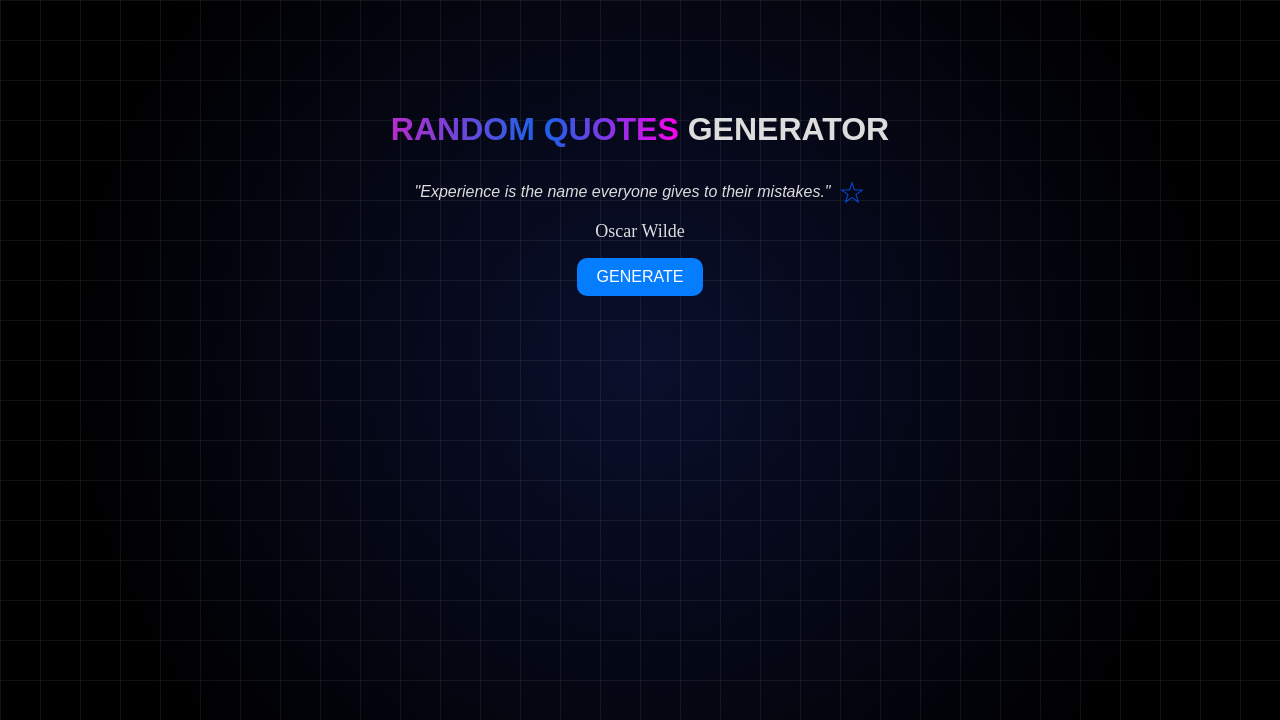
Repository: Adel-la/random-quotes
Page: index.html
An editor plug-in stored every save of this project. The page is shown before and after a run of saves, followed by the edit.
The browser window is 1280 px wide. The pictures show the whole page.

Above is the page before, as saved 2025-06-25 22:38:48.

### index.html
<!DOCTYPE html>
<html lang="ru">
<head>
  <meta charset="UTF-8" />
  <title>Random Quotes</title>
  <link rel="stylesheet" href="styles.css" />
</head>
<body>
  <main class="main">
    <h1 class="h1-title"> <span class="special-text">RANDOM QUOTES</span> GENERATOR</h1>
    <div class="quote-container">
      <p id="quote" class="quote"></p>
      <button id="favorite" class="favorite">☆</button>
    </div>
    <p id="author" class="quote-author"></p>
    <button id="generate" class="btn">GENERATE</button>

    <div id="favorites-container" class="container"></div>
  </mainс>
  <script type="module" src="main.js"></script>
</body>
</html>

### styles.css
html{
  height: 100%;
}
body {
  font-family: Arial, sans-serif;
  color: aliceblue;
  box-sizing: border-box;
  margin: 0;
  padding: 20px;
}

.container{
  max-width: 600px;
  margin: 50px auto;
  text-align: center;
}

.btn{
  padding: 10px 20px;
  font-size: 16px;
  background-color: #047dff;
  color: #fff;
  border: none;
  cursor: pointer;
  border-radius: 10px;
  margin-top: 10px;
  transition: background-color 0.3s ease;
}

.btn:hover{
  background-color: #004691;
  transform: scale(1.1);
  transition: 0.2s;
}

.paragraph{
  background-color: #111111;
  border-radius: 5px;
  width: fit-content;
  padding: 5px;
  text-align: center;
  margin: 2px auto;
}

#quote::before,
#quote::after{
  content: '"';
}

.quote-container {
  display: inline-flex;
  align-items: center;
  justify-content: center;
  margin: 0 auto;
  border-radius: 5px;
  padding: 5px 10px;
}

/* Убираем фон из quote, чтобы весь блок (цитата + звезда) имел один фон */
.quote {
  margin: 0;
  padding: 0;
  font-style: italic;
  display: inline;
}

/* Звездочка вплотную к цитате */
.favorite {
  color: rgb(0, 89, 255);
  background-color: transparent;
  font-size: 30px;
  border: none;
  margin-left: 8px;
  cursor: pointer;
  padding: 0;
}

.favorite-card {
  border: 1px solid #333;
  border-left: 5px solid #047dff;
  padding: 12px 16px;
  margin: 12px auto;
  border-radius: 12px;
  box-shadow: 0 2px 10px rgba(4, 125, 255, 0.1);
  max-width: 550px;
  transition: transform 0.2s ease, box-shadow 0.2s ease;
  position: relative;
  width: 40%;
  text-align: start;
}

.favorite-card:hover {
  transform: scale(1.02);
  box-shadow: 0 4px 15px rgba(4, 125, 255, 0.25);
}

.favorite-card .favorite-quote {
  font-style: italic;
  font-size: 16px;
  color: #ffffff;
  margin-bottom: 8px;
}

.favorite-card .quote-author {
  font-size: 14px;
  color: #bbbbbb;
  text-align: right;
}

.delete-btn {
  position: absolute;
  top: 0;
  right: 0;
  border: none;
  border-radius: 5px;
  color: white;
  background-color: transparent;
  cursor: pointer;
}

.delete-btn:hover {
  font-size: 15px;
  transition: 0.5s;
}

.favorite-container {
  display: flex;
  flex-wrap: wrap;
  justify-content: center;
  gap: 10px;
}
.quote-author{
  margin: 1px auto;
  width: fit-content;
  font-size: large;
  padding: 5px 15px;
  border-radius: 5px;
  font-family:'Times New Roman', Times, serif;
}

.main{
  text-align: center;
  position: relative;

  border-radius: 12px;
  padding: 20px;
  margin: 50px auto;
  max-width: 600px;
  z-index: 1;
}

body {
  background: radial-gradient(circle at center, #0a0f2c 0%, #000000 80%);
  position: relative;
  overflow: hidden;
  color: #ddd;
}

/* Тонкая светлая сетка */
body::before {
  content: "";
  position: fixed;
  top: 0; left: 0; right: 0; bottom: 0;
  background-image:
    linear-gradient(rgba(255,255,255,0.07) 1px, transparent 1px),
    linear-gradient(90deg, rgba(255,255,255,0.07) 1px, transparent 1px);
  background-size: 40px 40px;
  pointer-events: none;
  z-index: 0;
}


.special-text{
   font-weight: bold;
  font-size: 32px;
  background: linear-gradient(90deg, rgba(183, 43, 204, 1) 0%, rgba(23, 100, 232, 1) 53%, rgb(252, 2, 235) 100%);
  -webkit-background-clip: text;
  -webkit-text-fill-color: transparent;
}

### main.js
import quotes from './src/data/quotes.js';
import { generateAndDisplayQuote } from './src/handlers/quote.js';
import {
  generateBtn,
} from './src/ui/dom.js';




// Показать первую цитату сразу при загрузке страницы
generateAndDisplayQuote(quotes);

// Кнопка "Сгенерировать цитату"
generateBtn.addEventListener('click', () => {
  generateAndDisplayQuote(quotes);
});

### src/data/quotes.js
// Quotes array with English programming quotes and initial favorite = false
import { setQuoteId } from "../handlers/utils.js";
const quotes = [
  {
    text: "Code is like humor. When you have to explain it, it’s bad.",
    author: "Cory House",
    isFavorite: false,
  },
  {
    text: "First, solve the problem. Then, write the code.",
    author: "John Johnson",
    isFavorite: false,
  },
  {
    text: "Experience is the name everyone gives to their mistakes.",
    author: "Oscar Wilde",
    isFavorite: false,
  },
  {
    text: "In order to be irreplaceable, one must always be different.",
    author: "Coco Chanel",
    isFavorite: false,
  },
  {
    text: "Java is to JavaScript what car is to Carpet.",
    author: "Chris Heilmann",
    isFavorite: false,
  },
  {
    text: "Simplicity is the soul of efficiency.",
    author: "Austin Freeman",
    isFavorite: false,
  },
  {
    text: "Code never lies, comments sometimes do.",
    author: "Ron Jeffries",
    isFavorite: false,
  },
  {
    text: "Programming isn’t about what you know; it’s about what you can figure out.",
    author: "Chris Pine",
    isFavorite: false,
  },
  {
    text: "Make it work, make it right, make it fast.",
    author: "Kent Beck",
    isFavorite: false,
  },
  {
    text: "Any fool can write code that a computer can understand. Good programmers write code that humans can understand.",
    author: "Martin Fowler",
    isFavorite: false,
  }
];

setQuoteId(quotes)
export default quotes;

### src/handlers/quote.js
import { chooseRandomQuote } from './utils.js';
import { setRandomQuote } from '../core/state.js';
import { showQuote } from '../ui/index.js';
import { quoteElement, authorElement, favoriteBtn } from '../ui/dom.js';

// Функция генерации и отображения случайной цитаты
export function generateAndDisplayQuote(quotes) {
  const quote = chooseRandomQuote(quotes);
  setRandomQuote(quote);
  showQuote(quote, quoteElement, authorElement, favoriteBtn);
}

### src/ui/dom.js
export const quoteElement = document.getElementById('quote');
export const authorElement = document.getElementById('author');
export const generateBtn = document.getElementById('generate');
export const favoriteBtn = document.getElementById('favorite');
export const favoritesContainer = document.getElementById('favorites-container');

### src/handlers/utils.js
// Генерация уникального 8-символьного hex ID (буквы и цифры)
 function generateHexId() {
  return Math.floor(Math.random() * 0xffffffff)
    .toString(16)
    .padStart(8, '0');
}

export function setQuoteId(quotes) {
  quotes.forEach(quote => {
    if (!quote.id) {
      quote.id = generateHexId();
    }
  });
}

// Функция выбора случайной цитаты из массива
export function chooseRandomQuote(quotes) {
  const index = Math.floor(Math.random() * quotes.length);
  return quotes[index];
}

### src/core/state.js
import { chooseRandomQuote } from '../handlers/utils.js';
import quotes from '../data/quotes.js';

let currentQuote = null;

// Функция для получения текущей цитаты
export function getRandomQuote() {
  if (!currentQuote) {
    currentQuote = chooseRandomQuote(quotes);
  }
  return currentQuote;
}

// Устанавливаем текущую цитату
export function setRandomQuote(quote) {
  currentQuote = quote;
}

### src/ui/index.js
import { updateFavoriteButton } from '../handlers/favorites.js';

// Функция для отображения цитаты и автора на странице
export function showQuote(quote, quoteElement, authorElement, favoriteBtn) {
  if (!quote) return;

  const { text, author, isFavorite } = quote;

  quoteElement.textContent = text;
  authorElement.textContent = author ? ` ${author}` : ' Unknown';

  updateFavoriteButton(isFavorite, favoriteBtn);
}

### src/handlers/favorites.js
import { favoritesContainer, favoriteBtn } from '../ui/dom.js';
import quotes from '../data/quotes.js';
import { getRandomQuote } from '../core/state.js';
import { setQuoteId } from './utils.js';


// Создаём карточку избранной цитаты и добавляем в контейнер
export function addFavoriteCard(quoteObj, container) {
  const card = document.createElement('div');
  card.id = quoteObj.id;
  card.classList.add('favorite-card');

  card.innerHTML = `
      <button class="delete-btn">🗑</button>
      <p class="favorite-quote">${quoteObj.text}</p>
      <span class="quote-author">– ${quoteObj.author}</span>
    `;

  container.appendChild(card);
}

// Удаляем карточку цитаты из избранного
export function removeCardOfFavorite(container, quote) {
  const cards = container.querySelectorAll('.favorite-card');
  cards.forEach((card) => {
    if (card.id === quote.id) {
      card.remove();
    }
  });
}

// Обновляем кнопку избранного (звёздочку)
export function updateFavoriteButton(isFavorite, button) {
  button.textContent = isFavorite ? '★' : '☆';
}

// Обработчик клика по кнопке удаления на карточке
export function handleDeleteClick(event, container, quotes, favoriteButton) {
  if (!event.target.classList.contains('delete-btn')) return;

  const card = event.target.closest('.favorite-card');
  if (!card) return;

  const quoteObj = quotes.find((q) => q.id === card.id);
  if (!quoteObj) return;

  console.log(quoteObj.id, card.id)
  if (card.id === getRandomQuote().id) {
    updateFavoriteButton(false, favoriteButton);
  }
  quoteObj.isFavorite = false;

  card.remove();
}

// Переключение состояния избранного цитаты
export function toggleFavorite(quote, container, button) {
  quote.isFavorite = !quote.isFavorite;
  updateFavoriteButton(quote.isFavorite, button);

  if (quote.isFavorite) {
    addFavoriteCard(quote, container);
  } else {
    removeCardOfFavorite(container, quote);
  }
}

// Настройка обработчиков избранного (звёздочка и удаление карточек)
export function setupFavoriteHandlers(favoritesContainer, favoriteBtn, quotes) {
  favoriteBtn.addEventListener('click', () => {
    const quote = getRandomQuote();
    if (!quote) return;
    toggleFavorite(quote, favoritesContainer, favoriteBtn);
  });

  favoritesContainer.addEventListener('click', (event) => {
    handleDeleteClick(event, favoritesContainer, quotes, favoriteBtn);
  });
}

// Инициализация обработчиков
setupFavoriteHandlers(favoritesContainer, favoriteBtn, quotes);

After the next 2 saves:
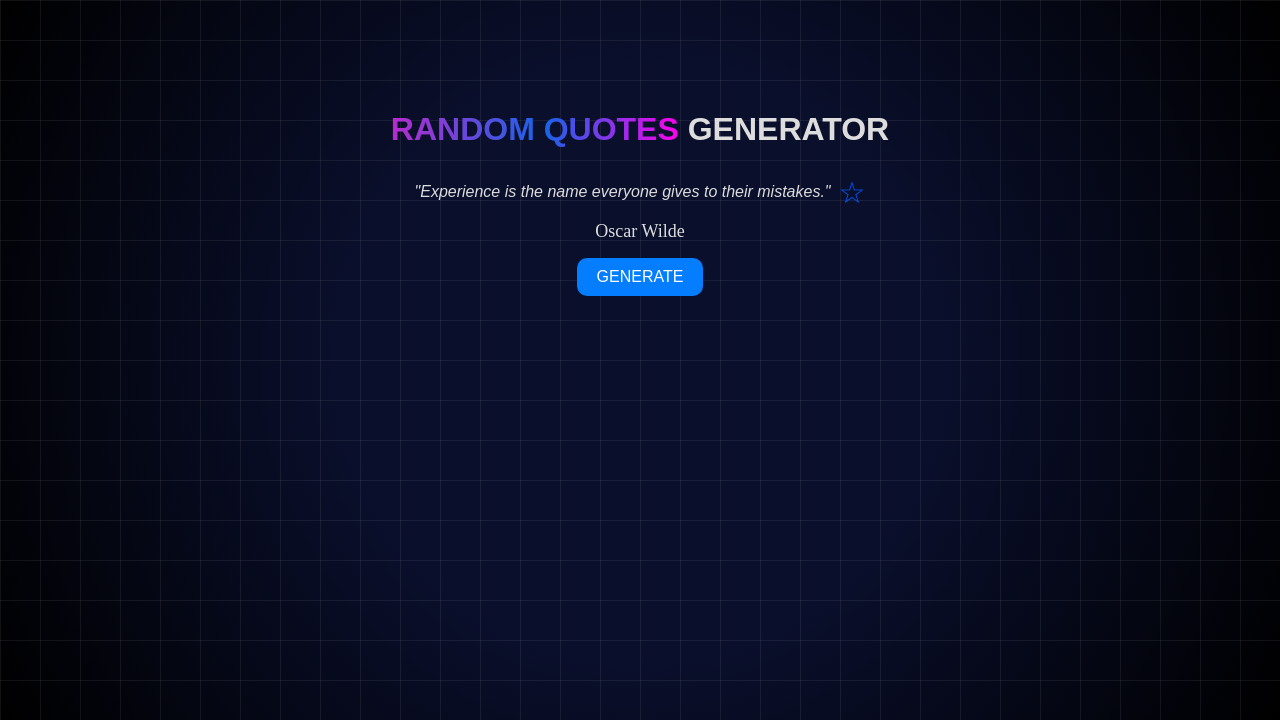
The 2 saves are shown as one change because they came seconds apart.
The last was saved 100 s later.
--- a/styles.css
+++ b/styles.css
@@ -150,7 +150,7 @@ body {
 }
 
 body {
-  background: radial-gradient(circle at center, #0a0f2c 0%, #000000 80%);
+  background: radial-gradient(circle at center, #0a0f2c 0%, #0a0f2c 40%, #000000 100%);
   position: relative;
   overflow: hidden;
   color: #ddd;
